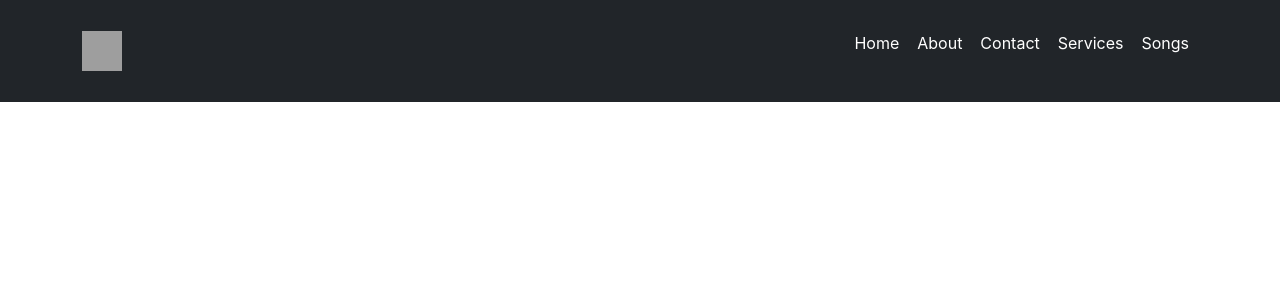
Repository: stephenkayade/cephas-musical
Page: / (app in cephas-musical/)
The author's editor kept a copy of each file at every save. The page is drawn from the files as they stood at one save, then again after a run of saves.
The browser window is 1280 px wide. The pictures show the whole page.
Pictures or frames that could not be fetched are drawn as grey boxes. The project was rebuilt for these pictures with package versions that can differ from the ones it lists, and the page was loaded fresh each time. A package was used in the major version that the imports need, not the one package.json lists. Also part of the build but not shown: cephas-musical/src/components/Master.jsx.

Above is the page before, as saved 2021-03-09 05:00:06.

### cephas-musical/public/index.html
<!DOCTYPE html>
<html lang="en">
  <head>
    <meta charset="utf-8" />
    <link rel="icon" href="%PUBLIC_URL%/favicon.ico" />
    <meta name="viewport" content="width=device-width, initial-scale=1" />
    <meta name="theme-color" content="#000000" />
    <meta
      name="description"
      content="Web site created using create-react-app"
    />
    <link rel="apple-touch-icon" href="%PUBLIC_URL%/logo192.png" />
    <link rel="stylesheet" type="text/css" href="%PUBLIC_URL%/css/bootstrap.min.css">
    <link rel="stylesheet" type="text/css" href="%PUBLIC_URL%/css/custom.css">
    <!--
      manifest.json provides metadata used when your web app is installed on a
      user's mobile device or desktop. See https://developers.google.com/web/fundamentals/web-app-manifest/
    -->
    <link rel="manifest" href="%PUBLIC_URL%/manifest.json" />
    <!--
      Notice the use of %PUBLIC_URL% in the tags above.
      It will be replaced with the URL of the `public` folder during the build.
      Only files inside the `public` folder can be referenced from the HTML.

      Unlike "/favicon.ico" or "favicon.ico", "%PUBLIC_URL%/favicon.ico" will
      work correctly both with client-side routing and a non-root public URL.
      Learn how to configure a non-root public URL by running `npm run build`.
    -->
    <title>React App</title>
  </head>
  <body>
    <noscript>You need to enable JavaScript to run this app.</noscript>
    <div id="root"></div>
    <!--
      This HTML file is a template.
      If you open it directly in the browser, you will see an empty page.

      You can add webfonts, meta tags, or analytics to this file.
      The build step will place the bundled scripts into the <body> tag.

      To begin the development, run `npm start` or `yarn start`.
      To create a production bundle, use `npm run build` or `yarn build`.
    -->
  </body>
</html>

### cephas-musical/src/App.js
import React, { Suspense } from 'react'
import { BrowserRouter as Router, Switch, Route, Link } from "react-router-dom";
import Master from './components/Master';
import Home from './components/public/Home'
import { Ellipsis } from 'react-css-spinners'
const Homepage = React.lazy(() => import('./components/public/Home'));


const loading = () => {

  <div className="row" style={{ height: "100vh", width: "100%" }}>

    <div className="col-md-3 text-center mx-auto my-auto">
      {' '}
      <Ellipsis
        color="#2d3d4d"
        size={80}
      />
    </div>

  </div>


}

const App = () => {
  return (

      <Router>
        <Suspense fallback={loading}>

          <Switch>
            <Route path="/" component={Home} exact />
          </Switch>
          </Suspense>
      </Router>

  );
}

export default App;

### cephas-musical/src/components/public/Home.jsx
import React from 'react'
import Nav from '../partials/Nav'


const Home = () => {
    return(
        <>
            <Nav/>
        </>
    )
}

export default Home;

### cephas-musical/src/components/partials/Nav.jsx
import React from 'react';
import { BrowserRouter as Router, Switch, Route, Link } from 'react-router-dom';
import image from '../assets/cephas-logo.png'

import Navbox from './Navbox';

const Nav = () => {
    const Navlists = [
        {
            title: 'Home',
            LinkUrl: '/',
        },
        {
            title: 'About',
            LinkUrl: '/about',
        },
        {
            title: 'Contact',
            LinkUrl: '/contact',
        },
        {
            title: 'Services',
            LinkUrl: '/services',
        },
        {
            title: 'Songs',
            LinkUrl: '/songs',
        },
    ];
    return (
        <>
            <div className="container-fluid bg-dark p-3">
                <div className="navbar container d-flex align-items-center justify-content-between">
                    <img src={image} alt="logo image" className="logo-img" />
                    <ul className="d-flex navbox">
                        {Navlists.length > 0 ? (
                            Navlists.map((link) => (
                                <Navbox title={link.title} LinkUrl={link.LinkUrl} />
                            ))
                        ) : (
                                <>
                                    <div>populate with data</div>
                                </>
                            )}
                    </ul>
                </div>
            </div>
        </>
    );
};

export default Nav;

### cephas-musical/src/components/partials/Navbox.jsx
import React from 'react';
import {BrowserRouter as Router, Switch, Route, Link} from 'react-router-dom';

const Navbox = ({LinkUrl, title}) => {
  return (
    <>
      <div className="navbox">
        <li>
          <Link className="px-2 btn text-white" to={Link ? LinkUrl : null}>{title ? title : 'invalid'}</Link>
        </li>
      </div>
    </>
  );
};

export default Navbox;

### cephas-musical/public/css/custom.css
.navbox li {
    list-style: none;
    background: #99;
}

.logo-img {
    height: 40px;
    width: 40px;
    image-rendering: 40px;
}

Loaded but not shown: cephas-musical/src/index.js (common file); cephas-musical/src/index.css (common file); cephas-musical/src/reportWebVitals.js (common file); cephas-musical/public/css/bootstrap.min.css (library)

After the next 2 saves:
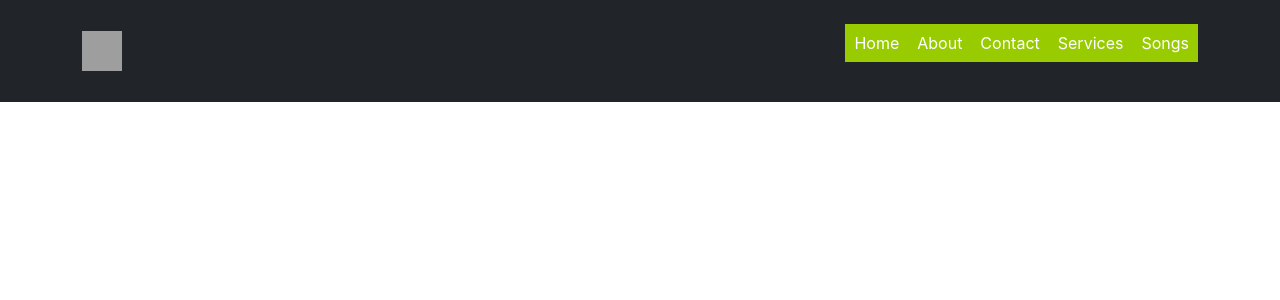
The 2 saves are shown as one change because they came seconds apart.
The last was saved 6 s later.
--- a/cephas-musical/public/css/custom.css
+++ b/cephas-musical/public/css/custom.css
@@ -1,6 +1,6 @@
 .navbox li {
     list-style: none;
-    background: #99;
+    background: #99cc00;
 }
 
 .logo-img {
